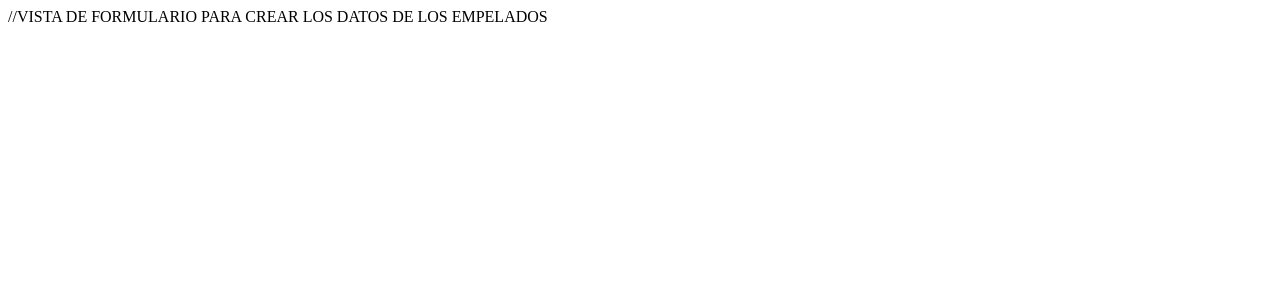
Repository: LionardoGomiz/CRUD-LARAVEL
Page: http://localhost/empleado/create
These files come from the project's save history. The page is drawn as it stood at one moment and after the next save; the edit follows.
The browser window is 1280 px wide. The pictures show the whole page.
The page is served by the project's Laravel application, run on PHP 8.4 with Laravel 8. Other server files are loaded and not shown.

Above is the page before, as saved 2021-08-02 14:37:05.

### CRUD-Laravel/routes/web.php
<?php

use Illuminate\Support\Facades\Route;
use App\Http\Controllers\EmpleadoController; //IMPORTAR EL CONTROLADOR A USAR
/*
|--------------------------------------------------------------------------
| Web Routes
|--------------------------------------------------------------------------
|
| Here is where you can register web routes for your application. These
| routes are loaded by the RouteServiceProvider within a group which
| contains the "web" middleware group. Now create something great!
|
*/

Route::get('/', function () {
    return view('welcome');
});

//RUTA PARA ACCEDER A MIS VISTAS
Route::get('/empleado', function () {
    return view('empleado.index');
});

//RUTA PARA ACCEDER A LOS METODOS DE MI CONTROLADOR DE FORMA INDIVIDUAL
Route::get('/empleado/create', [EmpleadoController::class,'create']);

//RUTA PARA ACCEDER A TODOS LOS METODOS DE MI CONTROLADOR
Route::resource('empleado',EmpleadoController::class);

### CRUD-Laravel/app/Http/Controllers/EmpleadoController.php
<?php

namespace App\Http\Controllers;

use App\Models\Empleado;
use Illuminate\Http\Request;

class EmpleadoController extends Controller
{
    /**
     * Display a listing of the resource.
     *
     * @return \Illuminate\Http\Response
     */
    public function index()
    {
        return view('empleado.index');
    }

    /**
     * Show the form for creating a new resource.
     *
     * @return \Illuminate\Http\Response
     */
    public function create()
    {
        return view('empleado.create');
    }

    /**
     * Store a newly created resource in storage.
     *
     * @param  \Illuminate\Http\Request  $request
     * @return \Illuminate\Http\Response
     */
    public function store(Request $request)
    {
        //
    }

    /**
     * Display the specified resource.
     *
     * @param  \App\Models\Empleado  $empleado
     * @return \Illuminate\Http\Response
     */
    public function show(Empleado $empleado)
    {
        //
    }

    /**
     * Show the form for editing the specified resource.
     *
     * @param  \App\Models\Empleado  $empleado
     * @return \Illuminate\Http\Response
     */
    public function edit(Empleado $empleado)
    {
        //
    }

    /**
     * Update the specified resource in storage.
     *
     * @param  \Illuminate\Http\Request  $request
     * @param  \App\Models\Empleado  $empleado
     * @return \Illuminate\Http\Response
     */
    public function update(Request $request, Empleado $empleado)
    {
        //
    }

    /**
     * Remove the specified resource from storage.
     *
     * @param  \App\Models\Empleado  $empleado
     * @return \Illuminate\Http\Response
     */
    public function destroy(Empleado $empleado)
    {
        //
    }
}

### CRUD-Laravel/resources/views/empleado/create.blade.php
//VISTA DE FORMULARIO PARA CREAR LOS DATOS DE LOS EMPELADOS

Loaded but not shown: CRUD-Laravel/app/Http/Controllers/Controller.php (common file)

After the next save:
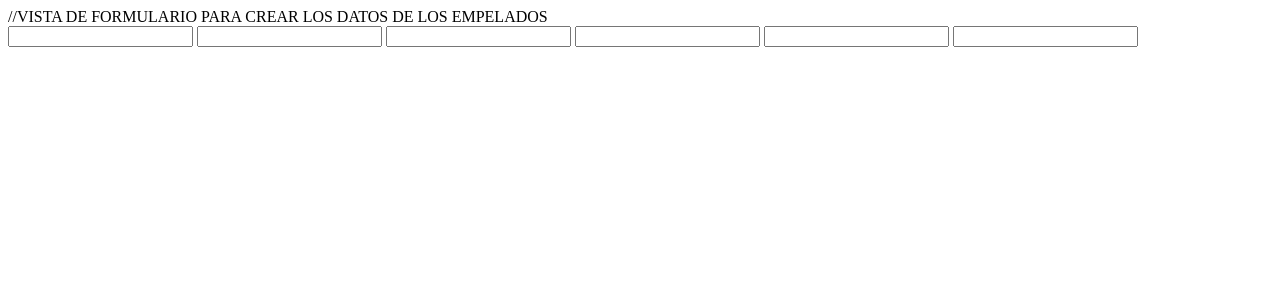
Saved 5 min 1 s later.
--- a/CRUD-Laravel/resources/views/empleado/create.blade.php
+++ b/CRUD-Laravel/resources/views/empleado/create.blade.php
@@ -1 +1,9 @@
 //VISTA DE FORMULARIO PARA CREAR LOS DATOS DE LOS EMPELADOS
+<form action="" method="POST" enctype="multipart/form-data">
+<input type="text" name="Nombre">
+<input type="text" name="ApellidoPaterno">
+<input type="text" name="ApellidoMaterno">
+<input type="text" name="Correo">
+<input type="text" name="Foto">
+<input type="text" name="Enviar">
+</form>
